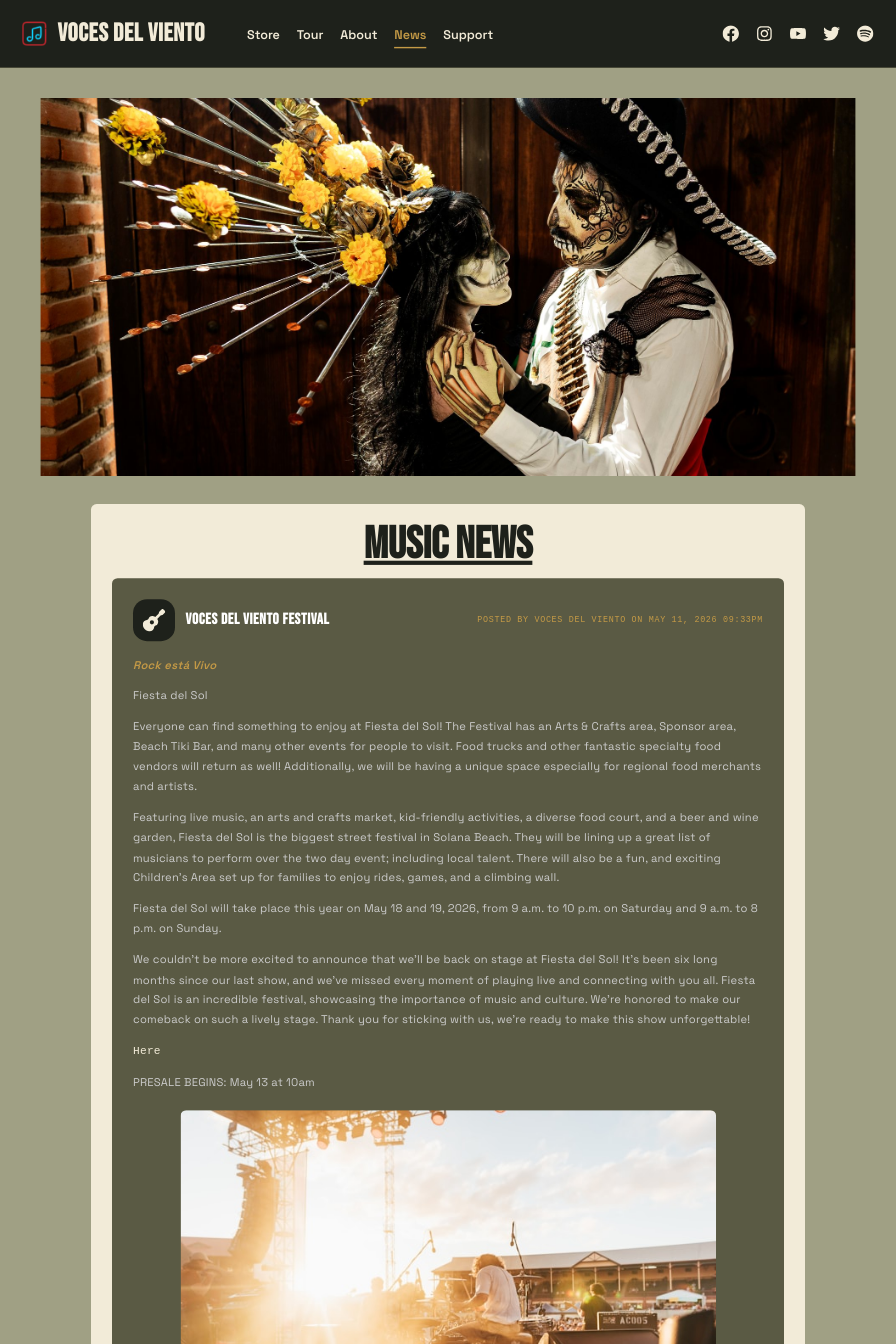
Repository: lime929/voices-del-viento
Page: /news
An editor plug-in stored every save of this project. The page is shown before and after the next save, followed by the edit.
The browser window is 1280 px wide. The pictures show the part of the page from y = 0 to 1920 px (the page is 5556 px tall before and 5513 px after), at 70% of full size.
The project was rebuilt for these pictures with package versions that can differ from the ones it lists, and the page was loaded fresh each time. The framework's server and built-in components were replaced by stand-ins that run in the browser. Also part of the build but not shown: next.config.mjs.

Above is the page before, as saved 2026-09-26 21:34:40.

### app/layout.jsx
import '../app/globals.css';
import Footer from '../app/components/Footer';
import NavBar from '../app/components/NavBar';


export const metadata = {
  title: "Voces del Viento",
  description:
    "Voces del Viento is a Mexican indie rock band from Michoacán, blending classic Latin rock influences with modern sounds inspired by Caifanes, Juanes, and Los Enanitos Verdes. Discover their heartfelt music, cultural roots, and energetic live performances.",
  keywords: [
    "Voces del Viento",
    "Mexican indie rock",
    "Michoacán, Mexico",
    "Latin rock",
    "Alternative music",
    "band from Mexico",
    "indie music",
  ],
};

export default function MainLayout({ children }) {
  return (
    <html lang="en">
      <body>
        <NavBar />
        {children}
        <Footer />
      </body>
    </html>
  );
}

### app/news/page.jsx
import styles from "./page.module.css";
import Image from "next/image";
import Post from "../components/Post";
import posts from "./posts.json";
import banner from "../../public/images/news/banner.jpg";

export const metadata = {
  title: "Voces del Viento | News",
  description: "Stay up to date with the latest news and updates from Voces del Viento.",
    keywords: [
    "Voces del Viento",
    "news",
    "Music news",
    "band updates",
    "Concert announcements",
    "Album releases",
    "Live performances",
    "Live updates",
  ]
}

export default function NewsPage() {
  return (
    <>
    <div className={styles.imgContainer}>
      <Image
        src={banner}
        alt="couple with dia de los muertos makeup"
        sizes="100vw"
        className={styles.bannerImage}
        priority
      />
</div>
      <div className={styles.newsContainer}>
        <h2 className={styles.newsTitle}>Music News</h2>

        {posts.map((post) => (
          <Post key={post.id} post={post} />
        ))}
      </div>
    </>
  );
}

### app/globals.css
/* @import url("https://fonts.googleapis.com/css2?family=Bebas+Neue&family=DM+Sans:opsz,wght@9..40,400;9..40,500;9..40,600;9..40,700&family=Space+Mono:wght@400;700&display=swap");
@import url('https://fonts.googleapis.com/css2?family=Space+Grotesk:wght@300..700&display=swap'); */

@import url('https://fonts.googleapis.com/css2?family=Archivo+Black&family=Bebas+Neue&family=DM+Sans:ital,opsz,wght@0,9..40,100..1000;1,9..40,100..1000&family=Oswald:wght@200..700&family=Roboto+Mono:ital,wght@0,100..700;1,100..700&family=Space+Grotesk:wght@300..700&display=swap');
@import "tailwindcss";

@theme {
      /* Large headings and album titles */
  --font-display: "Bebas Neue", sans-serif;
    /* Paragraphs, navigation, and buttons */
  --font-body: "Space Grotesk", sans-serif;
    /* Dates, labels, and small details */
  --font-mono: "Space Mono", monospace;

    /* Main page background */
  --color-band-bg: #A0A084;
    /* Main text, dark sections & footer */
  --color-band-ink: #1E211B;
    /* Text on dark/red backgrounds */
  --color-band-cream: #F2EBD8;
    /* Borders and secondary accents */
  --color-band-olive: #5a5a44;
    /* Small highlights and labels */
  --color-band-gold: #C49A46;
}

body {
  font-family: var(--font-body);
  background-color: var(--color-band-bg);
  color: var(--color-band-ink);
  margin: 0;
  padding: 0;
}

### app/components/Footer.jsx
'use client';

import { usePathname } from "next/navigation";
export default function Footer() {
    const pathname = usePathname();

  return (
    <footer className="border-t border-band-olive bg-band-ink py-8 px-4 sm:px-6">
      <div className="mx-auto max-w-6xl">
        <div className="flex flex-col items-center justify-between gap-8 text-sm md:flex-row">
          {/* Copyright */}
          <div className="order-2 text-center md:order-1 md:text-left">
            <p className="font-semibold text-band-cream">
              © {new Date().getFullYear()}{' '}
              <span className="font-black text-band-cream">Voices Del Viento</span>
            </p>
            <p className="mt-1 font-mono text-xs tracking-wider text-band-gold">
              Made with Next.js, React & Tailwind by Liliana Mendez
            </p>
          </div>

          {/* Right links */}
          <nav className="order-1 flex items-center gap-6 md:order-2">
            <a
              href="/store"
              className={`${
                      pathname === "/store" ? "border-b-2 border-band-gold text-band-gold" : "border-b-2 border-transparent text-band-cream hover:text-band-gold hover:border-band-gold"
                    } text-sm font-semibold pb-1 transition-all`}
            >
              Store
            </a>
            <a
              href="/tour"
              className={`${
                      pathname === "/tour" ? "border-b-2 border-band-gold text-band-gold" : "border-b-2 border-transparent text-band-cream hover:text-band-gold hover:border-band-gold"
                    } text-sm font-semibold pb-1 transition-all`}
            >
              Tour
            </a>
            <a
              href="/about"
              className={`${
                      pathname === "/about" ? "border-b-2 border-band-gold text-band-gold" : "border-b-2 border-transparent text-band-cream hover:text-band-gold hover:border-band-gold"
                    } text-sm font-semibold pb-1 transition-all`}
            >
              About
            </a>
            <a
              href="/news"
              className={`${
                      pathname === "/news" ? "border-b-2 border-band-gold text-band-gold" : "border-b-2 border-transparent text-band-cream hover:text-band-gold hover:border-band-gold"
                    } text-sm font-semibold pb-1 transition-all`}
            >
              News
            </a>
            <a
              href="/support"
              className={`${
                      pathname === "/support" ? "border-b-2 border-band-gold text-band-gold" : "border-b-2 border-transparent text-band-cream hover:text-band-gold hover:border-band-gold"
                    } text-sm font-semibold pb-1 transition-all`}
            >
              Support
            </a>
          </nav>
        </div>
      </div>
    </footer>
  );
}

### app/components/NavBar.jsx
'use client';
import { useState } from "react";
import Link from "next/link";
import Image from "next/image";
import { usePathname } from "next/navigation";
import { FaBars, FaTimes, FaFacebook, FaInstagram, FaYoutube, FaTwitter,FaSpotify } from "react-icons/fa";
import logoIcon from '../../app/icon.png';

export default function NavBar() {
  const [isMobileMenuOpen, setIsMobileMenuOpen] = useState(false);
  const pathname = usePathname();

  return (
    <>
      <nav className="bg-band-ink border-b border-band-olive sticky top-0 z-50">
        <div className="px-4 lg:px-6">
          <div className="relative flex h-24 items-center justify-between">

            {/* Mobile menu button: always positioned absolute left and hidden on md+ screens */}
            <div className="absolute inset-y-0 left-0 flex items-center md:hidden">
              <button
                onClick={() => setIsMobileMenuOpen(!isMobileMenuOpen)}
                className="inline-flex items-center justify-center p-2 rounded-md text-band-cream hover:text-band-gold hover:bg-band-olive/20 focus:outline-none focus:ring-2 focus:ring-band-gold"
                aria-controls="mobile-menu"
                aria-expanded={isMobileMenuOpen}
              >
                <span className="sr-only">Open main menu</span>
                {isMobileMenuOpen ? (
                  <FaTimes className="block h-6 w-6" />
                ) : (
                  <FaBars className="block h-6 w-6" />
                )}
              </button>
            </div>

            <div className="flex flex-1 items-center justify-center md:justify-start">
              <Link href="/" className="flex flex-shrink-0 items-center gap-2 hover:opacity-90 transition">
                <Image
                  src={logoIcon}
                  alt="Voices Del Viento Logo"
                  width={50}
                  height={50}
                  priority
                />

                <span className="hidden font-display text-4xl font-bold uppercase tracking-wide text-band-cream transition-colors hover:text-band-gold md:block md:mr-9">
                Voces Del Viento
                </span>
              </Link>


              <div className="hidden md:ml-6 md:block md:pt-2">
                <div className="flex space-x-4 lg:space-x-6">
                  <Link
                    href="/store"
                    className={`${
                      pathname === "/store" ? "border-b-2 border-band-gold text-band-gold" : "border-b-2 border-transparent text-band-cream hover:text-band-gold hover:border-band-gold"
                    } text-lg font-semibold pb-1 transition-all`}
                  >
                    Store
                  </Link>
                  <Link
                    href="/tour"
                    className={`${
                      pathname === "/tour" ? "border-b-2 border-band-gold text-band-gold" : "border-b-2 border-transparent text-band-cream hover:text-band-gold hover:border-band-gold"
                    } text-lg font-semibold pb-1 transition-all`}
                  >
                    Tour
                  </Link>
                  <Link
                    href="/about"
                    className={`${
                      pathname === "/about" ? "border-b-2 border-band-gold text-band-gold" : "border-b-2 border-transparent text-band-cream hover:text-band-gold hover:border-band-gold"
                    } text-lg font-semibold pb-1 transition-all`}
                  >
                    About
                  </Link>
                  <Link
                    href="/news"
                    className={`${
                      pathname === "/news" ? "border-b-2 border-band-gold text-band-gold" : "border-b-2 border-transparent text-band-cream hover:text-band-gold hover:border-band-gold"
                    } text-lg font-semibold pb-1 transition-all`}
                  >
                    News
                  </Link>
                  <Link
                    href="/support"
                    className={`${
                      pathname === "/support" ? "border-b-2 border-band-gold text-band-gold" : "border-b-2 border-transparent text-band-cream hover:text-band-gold hover:border-band-gold"
                    } text-lg font-semibold pb-1 transition-all`}
                  >
                    Support
                  </Link>
                </div>
              </div>
            </div>

            <div className="absolute inset-y-0 right-0 flex items-center pr-2 md:static md:ml-6 md:pr-0">
              <div className="flex items-center gap-2 text-band-cream">
             <a href="https://www.facebook.com/" target="_blank" className="relative p-2 rounded-full transition-transform duration-250 ease-in-out hover:scale-110 hover:text-band-gold">
                    <FaFacebook className="h-6 w-6" />
                </a>
             <a href="https://www.instagram.com/" target="_blank" className="relative p-2 rounded-full transition-transform duration-250 ease-in-out hover:scale-110 hover:text-band-gold">
                    <FaInstagram className="h-6 w-6"/>
                </a>
             <a href="https://www.youtube.com/" target="_blank" className="relative p-2 rounded-full transition-transform duration-250 ease-in-out hover:scale-110 hover:text-band-gold">
                    <FaYoutube className="h-6 w-6" />
                </a>
             <a href="https://www.x.com/" target="_blank" className="relative p-2 rounded-full transition-transform duration-250 ease-in-out hover:scale-110 hover:text-band-gold">
                    <FaTwitter className="h-6 w-6" />
                </a>
            <a href="https://www.spotify.com/" target="_blank" className="relative p-2 rounded-full transition-transform duration-250 ease-in-out hover:scale-110 hover:text-band-gold">
                    <FaSpotify className="h-6 w-6" />
                </a>
              </div>
            </div>
          </div>
        </div>

        {/* Mobile menu */}
        {isMobileMenuOpen && (
          <div className="md:hidden bg-band-ink/95 backdrop-blur-md border-t border-band-olive px-4 pb-4 pt-2 space-y-1">
            <Link
              href="/store"
              className={`${
                pathname === "/store" ? "bg-band-olive/20 text-band-cream" : "border-b-2 border-transparent text-band-cream hover:bg-band-olive/20 hover:text-band-gold"
              } block rounded-md px-3 py-3 text-base font-semibold transition-colors`}
              onClick={() => setIsMobileMenuOpen(false)}
            >
              Store
            </Link>
            <Link
              href="/tour"
              className={`${
                pathname === "/tour" ? "bg-band-olive/20 text-band-cream" : "border-b-2 border-transparent text-band-cream hover:bg-band-olive/20 hover:text-band-gold"
              } block rounded-md px-3 py-3 text-base font-semibold transition-colors`}
              onClick={() => setIsMobileMenuOpen(false)}
            >
              Tour
            </Link>
            <Link
              href="/about"
              className={`${
                pathname === "/about" ? "bg-band-olive/20 text-band-cream" : "border-b-2 border-transparent text-band-cream hover:bg-band-olive/20 hover:text-band-gold"
              } block rounded-md px-3 py-3 text-base font-semibold transition-colors`}
              onClick={() => setIsMobileMenuOpen(false)}
            >
              About
            </Link>
            <Link
              href="/news"
              className={`${
                pathname === "/news" ? "bg-band-olive/20 text-band-cream" : "border-b-2 border-transparent text-band-cream hover:bg-band-olive/20 hover:text-band-gold"
              } block rounded-md px-3 py-3 text-base font-semibold transition-colors`}
              onClick={() => setIsMobileMenuOpen(false)}
            >
              News
            </Link>
            <Link
              href="/support"
              className={`${
                pathname === "/support" ? "bg-band-olive/20 text-band-cream" : "border-b-2 border-transparent text-band-cream hover:bg-band-olive/20 hover:text-band-gold"
              } block rounded-md px-3 py-3 text-base font-semibold transition-colors`}
              onClick={() => setIsMobileMenuOpen(false)}
            >
              Support
            </Link>
          </div>
        )}
      </nav>
    </>
  );
}

### app/news/page.module.css
.newsTitle {
  font-size: 4rem;
  color: var(--color-band-ink);
  font-family: var(--font-display);
  font-weight: 900;
  font-style: bold;
  text-align: center;
  text-decoration: underline;
  margin-top: -20px;
}

.newsContainer {
  max-width: 1020px;
  margin: 40px auto;
  padding: 30px;
  background-color: var(--color-band-cream);
  border-radius: 8px;
}

.newsContent {
  background-color: var(--color-band-olive);
  padding: 30px;
  border-radius: 8px;
  line-height: 1.8;
  margin-bottom: 50px;
}

.newsPost {
  color: #ccc;
  font-family: var(--font-body);
  font-weight: 400;
  font-style: normal;
  letter-spacing: 0.02em;
  line-height: 1.8;
}

.postHeader {
  display: flex;
  align-items: center;
  width: 100%;
  gap: 15px;
  margin-bottom: 20px;
}

.postLogo {
  display: inline-flex;
  align-items: center;
  justify-content: center;
  padding: 14px;
  background-color: var(--color-band-ink);
  border-radius: 20px;
}

.guitarIcon {
  font-size: 2rem;
  color: var(--color-band-cream);
}

.postTitle {
  flex: 1;
  font-size: 22px;
  font-weight: 700;
  color: #fff;
  line-height: 1.4;
  font-family: var(--font-display);
  letter-spacing: 0.04em;
  text-transform: uppercase;
}

.postMeta {
  font-size: 12px;
  /* color: #bda3a3; */
  color: var(--color-band-gold);
  margin-top: 5px;
  margin-left: auto;
  font-family: var(--font-mono);
  text-transform: uppercase;
  letter-spacing: 0.08em;
}

.postDescription {
  font-style: italic;
  color: var(--color-band-gold);
  margin: 20px 0;
  font-family: var(--font-body);
  font-weight: 600;
  letter-spacing: 0.03em;
}

.newsPost p {
  margin: 15px 0;
}

.newsPost a {
  color: var(--color-band-cream);
  text-decoration: none;
  font-family: var(--font-mono);
}

.newsPostLink {
  color: var(--color-band-cream);
  font-family: var(--font-mono);
  text-decoration: none;
}

.newsPost a:hover,
.newsPostLink:hover {
  text-decoration: underline;
}

.postImage {
  display: block;
  margin: 25px auto 0;
  width: 85%;
  border-radius: 8px;
}

 .imgContainer {
  padding: 3rem clamp(1.25rem, 5vw, 5rem) 0rem;
  zoom: 90%;
}
.bannerImage {
  display: block;
  width: 100%;
  height: 600px;
  object-fit: cover;
  object-position: center 30%;
  margin: 0 auto 30px;
}

### app/components/Post.jsx
import styles from "../news/page.module.css";
import { FaGuitar } from "react-icons/fa";
import Image from "next/image";

export default function Post({ post }) {
  return (
    <div className={styles.newsContent}>
      <div className={styles.newsPost}>
        <div className={styles.postHeader}>
          <span className={styles.postLogo}>
            <FaGuitar className={styles.guitarIcon} aria-hidden="true" />
          </span>
          <h3 className={styles.postTitle}>{post.title}</h3>
          <p className={styles.postMeta}>{post.meta}</p>
        </div>

        {post.description && (
          <p className={styles.postDescription}>{post.description}</p>
        )}

        {post.paragraphs?.map((paragraph, index) => (
          <p key={`${post.id}-paragraph-${index}`}>{paragraph}</p>
        ))}

        {post.link && (
          <p>
            <a href={post.link.href} className={styles.newsPostLink}>
              {post.link.text}
            </a>
          </p>
        )}

        {post.extraLine && <p>{post.extraLine}</p>}

        {post.image && (
          <Image
            src={post.image.src}
            alt={post.image.alt}
            width={1200}
            height={800}
            sizes="100vw"
            className={styles.postImage}
          />
        )}
      </div>
    </div>
  );
}

Loaded but not shown: app/news/posts.json (83 lines, source omitted)

After the next save:
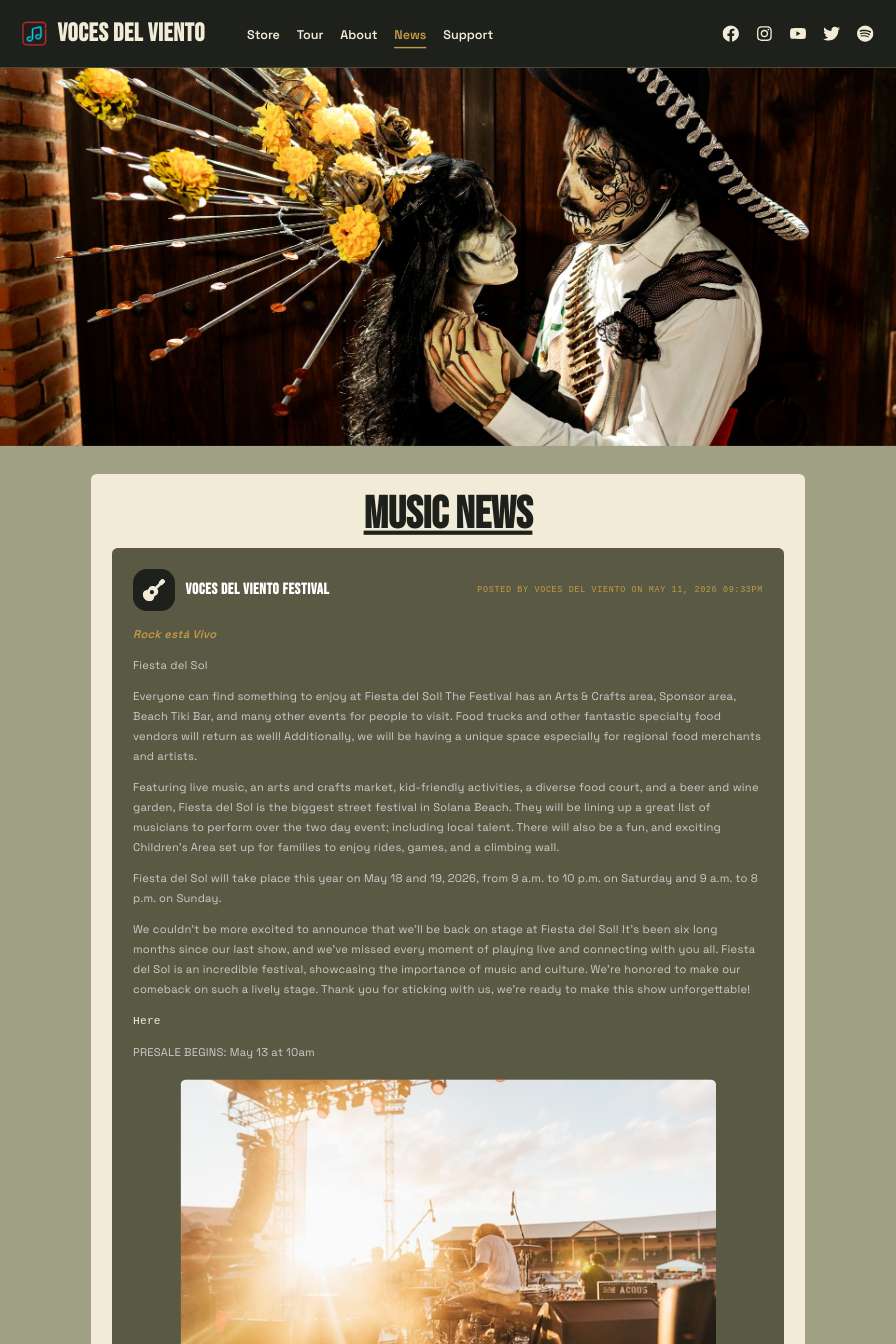
Saved 4 s later.
--- a/app/news/page.module.css
+++ b/app/news/page.module.css
@@ -116,7 +116,7 @@
 }
 
  .imgContainer {
-  padding: 3rem clamp(1.25rem, 5vw, 5rem) 0rem;
+  padding: 3rem clamp(1.25rem, 5vw, 5rem) -1rem;
   zoom: 90%;
 }
 .bannerImage {

After the 2 saves that followed:
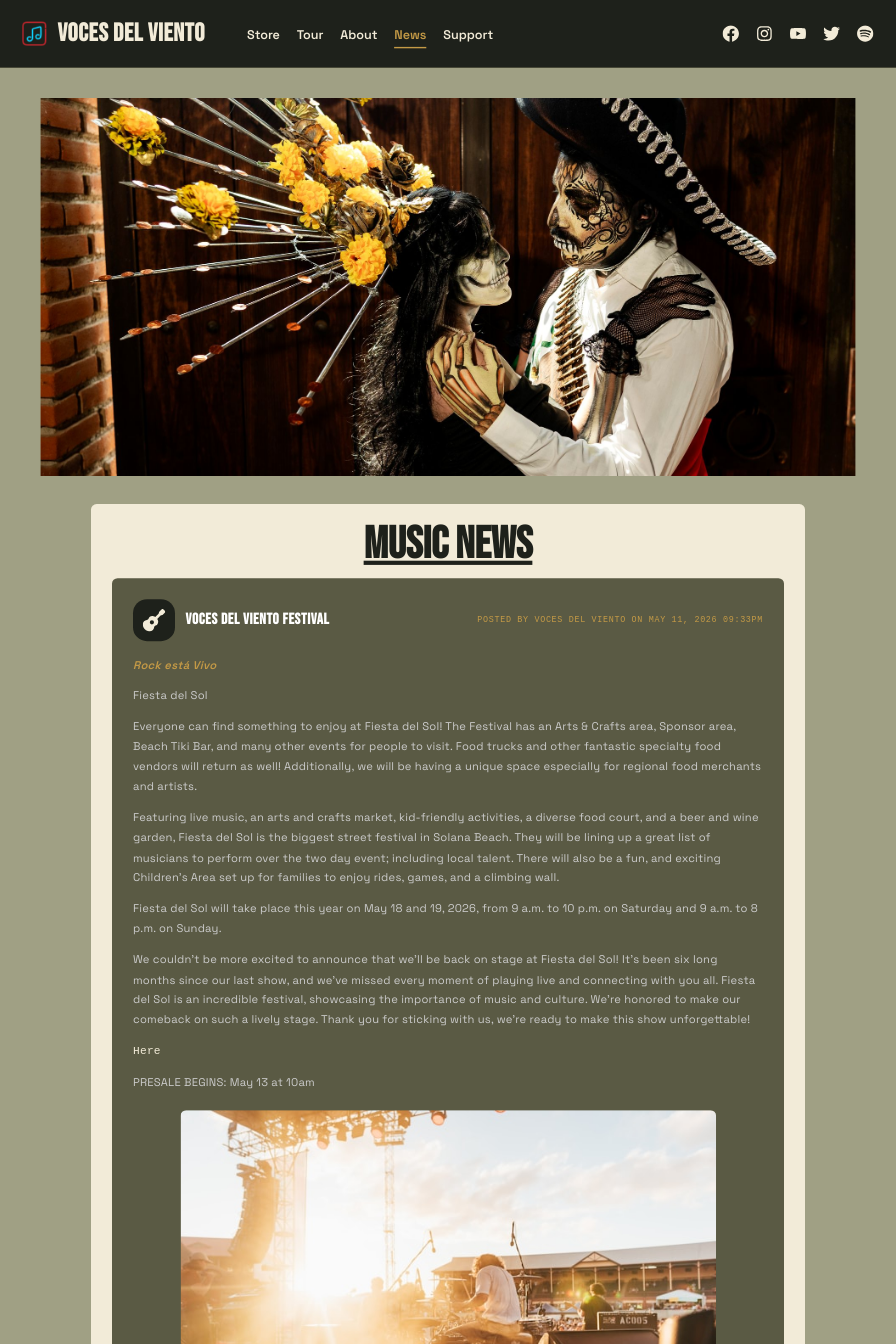
The 2 saves are shown as one change because they came seconds apart.
The last was saved 8 s later.
--- a/app/news/page.module.css
+++ b/app/news/page.module.css
@@ -116,7 +116,7 @@
 }
 
  .imgContainer {
-  padding: 3rem clamp(1.25rem, 5vw, 5rem) -1rem;
+  padding: 3rem clamp(1.25rem, 5vw, 5rem) 0rem;
   zoom: 90%;
 }
 .bannerImage {
